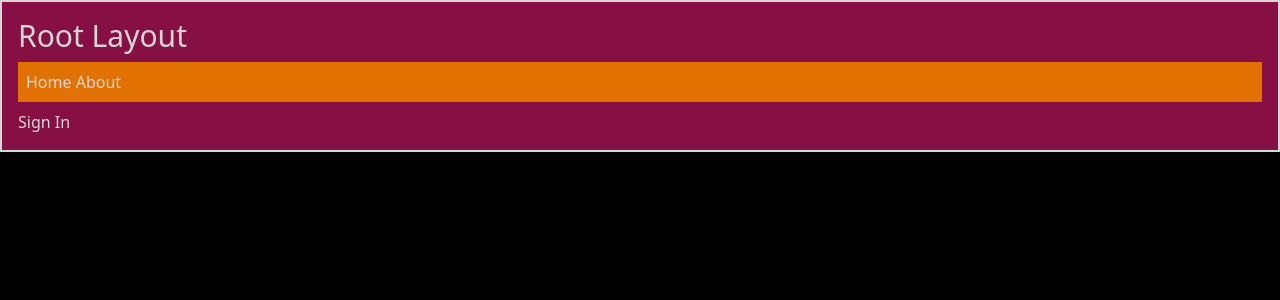
Repository: eyassud/notenow
Page: /signin
The author's editor kept a copy of each file at every save. The page is drawn from the files as they stood at one save, then again after the next save.
The browser window is 1280 px wide. The pictures show the whole page.
The project was rebuilt for these pictures with package versions that can differ from the ones it lists, and the page was loaded fresh each time. The framework's server and built-in components were replaced by stand-ins that run in the browser. Also part of the build but not shown: svelte.config.js, vite.config.ts.

Above is the page before, as saved 2025-12-12 12:21:21.

### src/routes/+layout.svelte
<script lang="ts">
	import './layout.css';
	import favicon from '$lib/assets/favicon.svg';

	let { children } = $props();
</script>

<svelte:head>
	<link rel="icon" href={favicon} />
</svelte:head>

<div class="border-2 bg-pink-900 p-4">
	<h1 class="text-3xl">Root Layout</h1>
	<nav class="my-2 bg-amber-600 p-2">
		<ul class="flex gap-2">
			<li>
				<a href="/">Home</a>
				<a href="/about">About</a>
			</li>
		</ul>
	</nav>
	{@render children()}
</div>

### src/routes/(auth)/+layout.svelte
<script lang="ts">
	import type { LayoutProps } from './$types';

	let { data, children }: LayoutProps = $props();
</script>

{@render children()}

### src/routes/(auth)/signin/+page.svelte
<script lang="ts">
	import type { PageProps } from './$types';

	let { data }: PageProps = $props();
</script>

<h1>Sign In</h1>

### src/routes/layout.css
@import 'tailwindcss';
@plugin '@tailwindcss/forms';
@plugin '@tailwindcss/typography';
@plugin 'daisyui';

@plugin 'daisyui' {
	themes:
		light --preferswhite,
		black --default;
}

Loaded but not shown: src/app.html (common file)

After the next save:
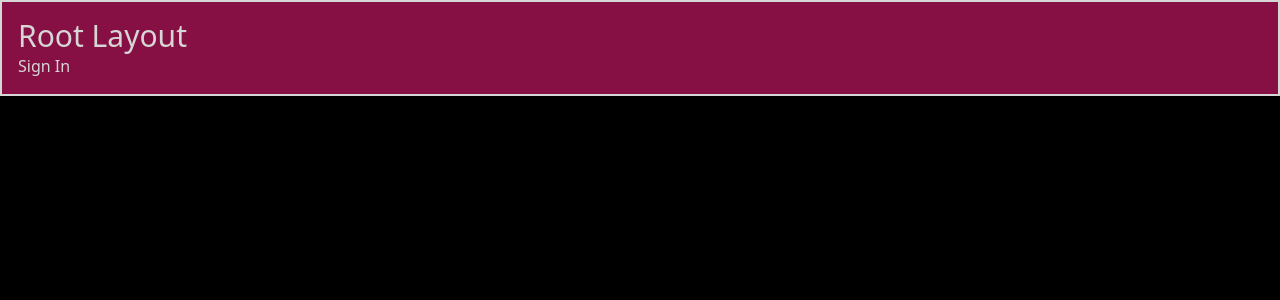
Saved 65 s later.
--- a/src/routes/+layout.svelte
+++ b/src/routes/+layout.svelte
@@ -11,13 +11,6 @@
 
 <div class="border-2 bg-pink-900 p-4">
 	<h1 class="text-3xl">Root Layout</h1>
-	<nav class="my-2 bg-amber-600 p-2">
-		<ul class="flex gap-2">
-			<li>
-				<a href="/">Home</a>
-				<a href="/about">About</a>
-			</li>
-		</ul>
-	</nav>
+
 	{@render children()}
 </div>
